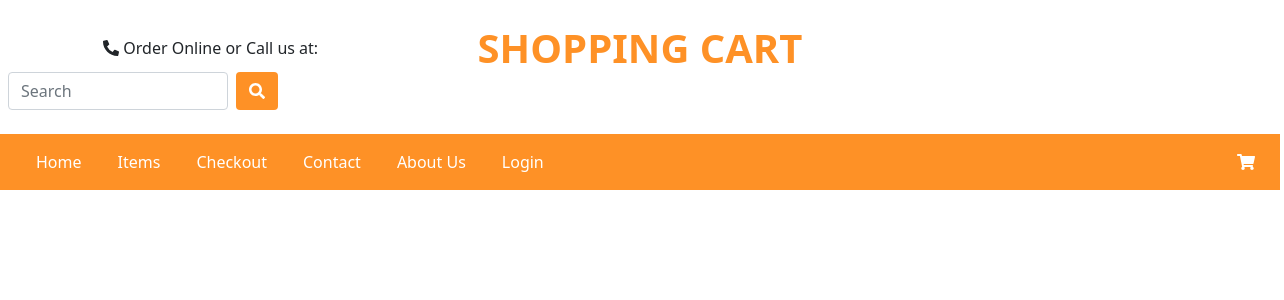
Repository: SaudCh/React-Ecommerce
Page: /login
An editor plug-in stored every save of this project. The page is shown before and after the next save, followed by the edit.
The browser window is 1280 px wide. The page is 1284 px wide, so the pictures cover 1284 px, including what lies to the right of the window. The pictures show the whole page.
The project was rebuilt for these pictures with package versions that can differ from the ones it lists, and the page was loaded fresh each time. Also part of the build but not shown: src/App.css.

Above is the page before, as saved 2021-12-05 12:49:43.

After the next save:
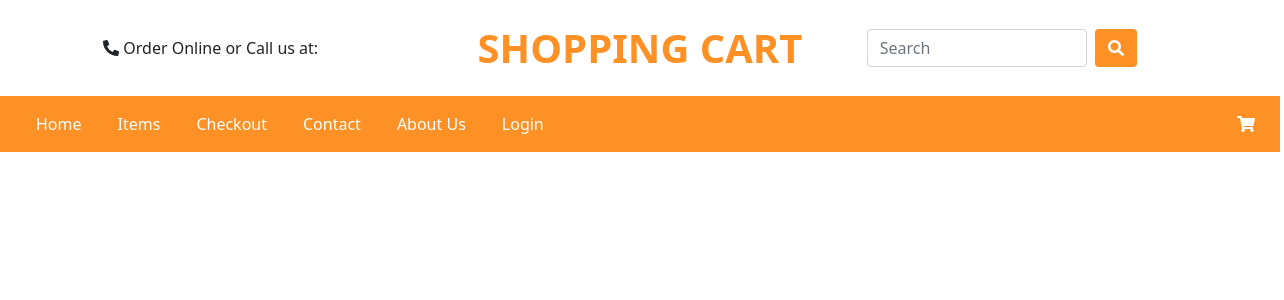
Saved 10 s later.
--- a/src/Header/Header.jsx
+++ b/src/Header/Header.jsx
@@ -23,7 +23,7 @@ export default function Header() {
               SHOPPING CART
             </p>
           </div>
-          <div className="col-12 col-md-4 me-5 my-2 my-lg-0 text-center">
+          <div className="col-12 col-md-4 my-2 my-lg-0 text-center">
             <form class="d-flex col-12 col-lg-8">
               <input
                 class="form-control me-2"
